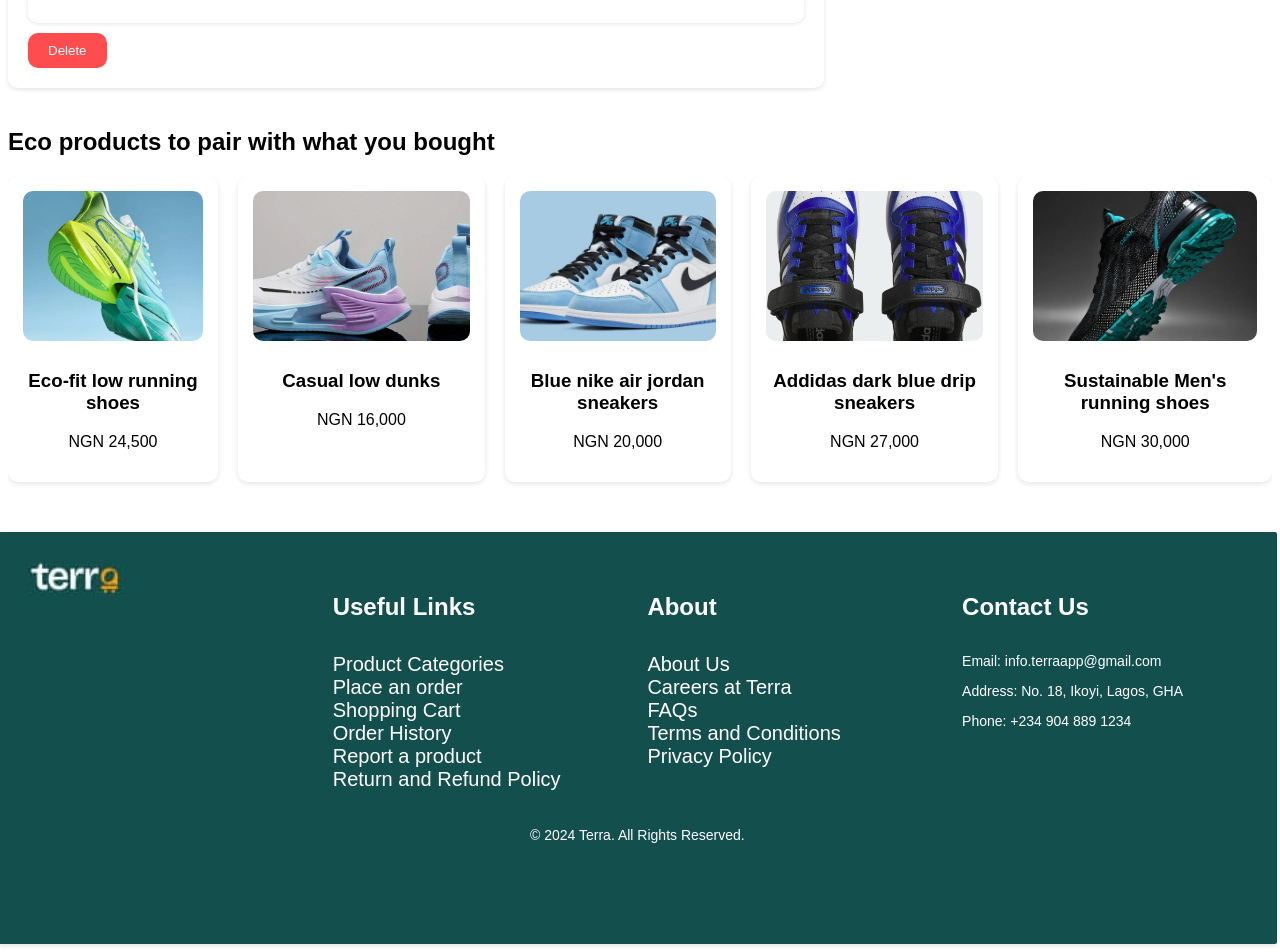
Repository: Femi007-gh/e-commerce
Page: index.html
These files come from the project's save history. The page is drawn as it stood at one moment and after a run of saves; the edit follows.
The browser window is 1280 px wide. The pictures show the part of the page from y = 1208 to 2160 px (the page is 2160 px tall).
A picture or video elsewhere on the page could not be fetched, so the positions and the page height are approximate.

Above is the page before, as saved 2025-04-29 12:27:18.

### index.html
<html>
    <head>
      <title>Shopping Cart Page</title>
      <link rel="stylesheet" href="style.css">
    </head>
  <body>
    <header>
    <div class="div1">
<div class="top-bar">
  <div class="left">
    <div class="dropdown">
      <button class="dropbtn">Help</button>
    </div>
    <div class="dropdown">
      <button class="dropbtn">English ▼</button>
      <div class="dropdown-content">
        <a href="#">English</a>
        <a href="#">Japanese</a>
        <a href="#">Korean</a>
      </div>
    </div>
  </div>
  <div class="right">
    <div class="dropdown">
      <button class="dropbtn">Nigeria ▼</button>
      <div class="dropdown-content">
        <a href="#">Nigeria</a>
        <a href="#">USA</a>
        <a href="#">China</a>
        </div>
      </div>
     </div>
   </div>
  </div>

<nav class="nav-bar">
  <div class="logo"><img src="terra.jpg" class="ter"></div>
  <div class="search-bar">
    <input type="text" placeholder="Search products, categories, and brands">
    <button>Search</button>
  </div>
  <div class="nav-icons">
    <img src="account.jpg"><a href="#">Account</a>
    <img src="category.jpg"><a href="#">Categories</a>
    <img src="cart.png" class="cat"><a href="#">Cart</a>
  </div>
</nav>


<main class="cart-page">
  <section class="cart-section">
    <h2>Cart items</h2>

    <div class="cart-items">
      <div class="cart-item">
        <input type="checkbox">
        <img src="glass.jpg" alt="Retro Chic Eye Sunglasses">
        <div class="item-details">
          <h3>2023 Retro Chic Eye Sunglasses</h3>
          <p class="price">NGN 2,500</p>
          <p class="stock in-stock">In Stock</p>
        </div>
        <div class="item-quantity">
          <button class="minus">-</button>
          <span>1</span>
          <button>+</button>
        </div>
      </div>
      </div>

      <div class="cart-item">
        <input type="checkbox">
        <img src="roll.jpg" alt="Ruby plated facial roller blade">
        <div class="item-details">
          <h3>Ruby plated facial roller blade</h3>
          <p class="price">NGN 6,000</p>
          <p class="stock low-stock">Only 5 left</p>
        </div>
        <div class="item-quantity">
          <button class="minus">-</button>
          <span>1</span>
          <button>+</button>
        </div>
      </div>

      <div class="cart-item">
        <input type="checkbox">
        <img src="bamboo.jpeg" alt="Bamboo made side pouch satchel">
        <div class="item-details">
          <h3>Bamboo made side pouch satchel</h3>
          <p class="price">NGN 25,500</p>
          <p class="stock in-stock">In Stock</p>
        </div>
        <div class="item-quantity">
          <button class="minus">-</button>
          <span>1</span>
          <button>+</button>
        </div>
      </div>

      <button class="delete-btn">Delete</button>
    </div>
  </section>




<aside class="cart-summary">
  <h2>Cart Total</h2>
  <p>Total items: 3 items</p>
  <p>Sub Total: NGN 1,000</p>
  <p class="total">Total: NGN 34,000</p>
  <button class="checkout-btn">Proceed to Checkout</button>
</aside>
</main>

<section class="recommendation-section">
  <h2>Eco products to pair with what you bought</h2>

  <div class="recommendations">
    <div class="product">
      <img src="low.jpg" alt="Eco-fit low running shoes">
      <h3>Eco-fit low running shoes</h3>
      <p>NGN 24,500</p>
    </div>
    <div class="product">
      <img src="girl.jpg" alt="Casual low dunks">
      <h3>Casual low dunks</h3>
      <p>NGN 16,000</p>
    </div>
    <div class="product">
      <img src="nike.jpg" alt="Black Love themed bamboo high tops">
      <h3>Blue nike air jordan sneakers</h3>
      <p>NGN 20,000</p>
    </div>
    <div class="product">
      <img src="adidas.jpg" alt="White Love themed bamboo high tops">
      <h3>Addidas dark blue drip sneakers</h3>
      <p>NGN 27,000</p>
    </div>
    <div class="product">
      <img src="men.jpg" alt="Sustainable Men's running shoes">
      <h3>Sustainable Men's running shoes</h3>
      <p>NGN 30,000</p>
    </div>
  </div>
</section>

<footer class="footer">
  <div class="footer-top">
    <div class="footer-logo"><img src="a.jpg"></div>
    <div class="footer-links">
      <h4>Useful Links</h4>
      <ul>
        <li><a href="#">Product Categories</a></li>
        <li><a href="#">Place an order</a></li>
        <li><a href="#">Shopping Cart</a></li>
        <li><a href="#">Order History</a></li>
        <li><a href="#">Report a product</a></li>
        <li><a href="#">Return and Refund Policy</a></li>
      </ul>
    </div>
    <div class="footer-about">
      <h4>About</h4>
      <ul>
        <li><a href="#">About Us</a></li>
        <li><a href="#">Careers at Terra</a></li>
        <li><a href="#">FAQs</a></li>
        <li><a href="#">Terms and Conditions</a></li>
        <li><a href="#">Privacy Policy</a></li>
      </ul>
    </div>
    <div class="footer-contact">
      <h4>Contact Us</h4>
      <p>Email: info.terraapp@gmail.com</p>
      <p>Address: No. 18, Ikoyi, Lagos, GHA</p>
      <p>Phone: +234 904 889 1234</p>
    </div>
  </div>

  <div class="footer-bottom">
    <p>&copy; 2024 Terra. All Rights Reserved.</p>
  </div>
</footer>
  </body>
</html>

### style.css
body{
  font-family: Arial;
}
.div1{
  background-color: #595959;
  width: 101%;
  height: 50px;
  margin-left: -10px;
  margin-top: -10px;
}
.top-bar {
  background-color:  #595959;
  color: white;
  padding: 10px 20px;
  display: flex;
  justify-content: space-between;
  font-size: 14px;
}

.top-bar .left, .top-bar .right {
  display: flex;
  align-items: center;
}

.dropdown {
  position: relative;
  margin-right: 20px;
}

.dropbtn {
  background: none;
  border: none;
  color: white;
  cursor: pointer;
  font-size: 14px;
}

.dropdown-content {
  display: none;
  position: absolute;
  background-color: white;
  color:  #595959;
  min-width: 100px;
  border-radius: 5px;
  box-shadow: 0px 8px 16px rgba(0,0,0,0.2);
  z-index: 1;
}

.dropdown-content a {
  padding: 8px 12px;
  display: block;
  text-decoration: none;
  color: black;
}

.dropdown-content a:hover {
  background-color: #f1f1f1;
}

.dropdown:hover .dropdown-content {
  display: block;
}

.nav-icons a {
  margin-left: 20px;
  text-decoration: none;
  color: #333;
  font-weight: 600;
}


/* Nav bar */
.nav-bar {
  display: flex;
  justify-content: space-between;
  align-items: center;
  background: white;
  padding: 15px 20px;
  margin-bottom: 20px;
  border-radius: 10px;
}

.nav-bar .logo {
  font-weight: 700;
  font-size: 24px;
}

.search-bar {
  flex: 1;
  margin: 0 20px;
  display: flex;
}

.search-bar input {
  flex: 1;
  padding: 8px 12px;
  border: 1px solid #ccc;
  border-right: none;
  border-radius: 10px 0 0 10px;
  height: 40px;
}

.search-bar button {
  padding: 8px 20px;
  background-color: orange;
  color: white;
  border: none;
  border-radius: 0 10px 10px 0;
  cursor: pointer;
}

.nav-icons a {
  margin-left: 20px;
  text-decoration: none;
  color: #333;
}



/* Cart summary */
.cart-summary {
  flex: 1;
  background: white;
  padding: 20px;
  border-radius: 10px;
  box-shadow: 0 2px 5px rgba(0,0,0,0.1);
  height: fit-content;
}

.cart-summary h2 {
  margin-bottom: 20px;
}

.cart-summary p {
  margin-bottom: 10px;
}

.cart-summary .total {
  font-weight: bold;
  font-size: 18px;
  margin: 20px 0;
}

.checkout-btn {
  background-color: orange;
  color: white;
  width: 100%;
  padding: 12px;
  border: none;
  border-radius: 10px;
  cursor: pointer;
  font-size: 16px;
}


/* Cart page */
.cart-page {
  display: flex;
  gap: 20px;
  margin-bottom: 40px;
}

.cart-section {
  flex: 2;
  background: white;
  padding: 20px;
  border-radius: 10px;
  box-shadow: 0 2px 5px rgba(0,0,0,0.1);
}

.cart-section h2 {
  margin-bottom: 20px;
}

.cart-items {
  display: flex;
  flex-direction: column;
  gap: 20px;
}

.cart-item {
  display: flex;
  align-items: center;
  gap: 20px;
  background: white;
  padding: 15px;
  border-radius: 10px;
  box-shadow: 0 1px 4px rgba(0,0,0,0.1);
}

.cart-item img {
  width: 80px;
  height: 80px;
  object-fit: cover;
  border-radius: 10px;
}

.item-details {
  flex: 1;
}

.item-details h3 {
  margin-bottom: 5px;
}

.item-details .price {
  font-weight: bold;
  margin-bottom: 5px;
}

.item-details .stock {
  font-size: 13px;
}

.stock.in-stock {
  color: green;
}

.stock.low-stock {
  color: orange;
}

.quantity-controls span {
  font-size: 18px;
}

.delete-btn {
  background: #ff4d4f;
  color: white;
  padding: 10px 20px;
  border: none;
  border-radius: 10px;
  cursor: pointer;
  margin-top: 10px;
}



.item-quantity {
  display: flex;
  align-items: center;
}

.item-quantity button {
  background-color: orange;
  border: none;
  padding: 10px 20px;
  margin: 0 0.5rem;
  border-radius: 10px;
}

.delete-cart {
  text-align: right;
  margin-top: 1rem;
}

.ter {
  height: 100px;
  width: 120px;
  margin-left: -30px;
}

/* Recommendation section */
.recommendation-section {
  margin-bottom: 40px;
}

.recommendation-section h2 {
  margin-bottom: 20px;
}

.recommendations {
  display: flex;
  gap: 20px;
  overflow-x: auto;
}

.product {
  background: white;
  padding: 15px;
  border-radius: 10px;
  box-shadow: 0 2px 5px rgba(0,0,0,0.1);
  min-width: 180px;
  text-align: center;
  margin-bottom: 10px;
}

.product img {
  width: 100%;
  height: 150px;
  object-fit: cover;
  margin-bottom: 10px;
  border-radius: 10px;
}

.cat {
  height: 30px;
}

/* Footer */
.footer {
  background: #134F4D;
  padding: 30px 20px;
  border-radius: 2px;
  box-shadow: 0 2px 5px rgba(0,0,0,0.1);
  width: 98%;
  margin-left: -10px;
  height: 50%;
}

.footer-top {
  display: flex;
  flex-wrap: wrap;
  gap: 20px;
  margin-bottom: 20px;
}

.footer-logo {
  flex: 1;
  font-weight: 700;
  font-size: 24px;
}

.footer-links, .footer-about, .footer-contact {
  flex: 1;
  min-width: 200px;
}

.footer-links ul, .footer-about ul {
  list-style: none;
  margin-top: 10px;
}

.footer-links a, .footer-about a {
  text-decoration: none;
  color: white;
  font-size: 14px;
  font-size: 20px;
  margin-left: -40px;
}

.footer-contact p {
  margin-top: 10px;
  font-size: 14px;
  color: white;

}

.footer-bottom {
  text-align: center;
  font-size: 14px;
  color: white;
  margin-top: 10px;
}

h4 {
  color: white;
  font-size: 24px;
}

After the next 3 saves:
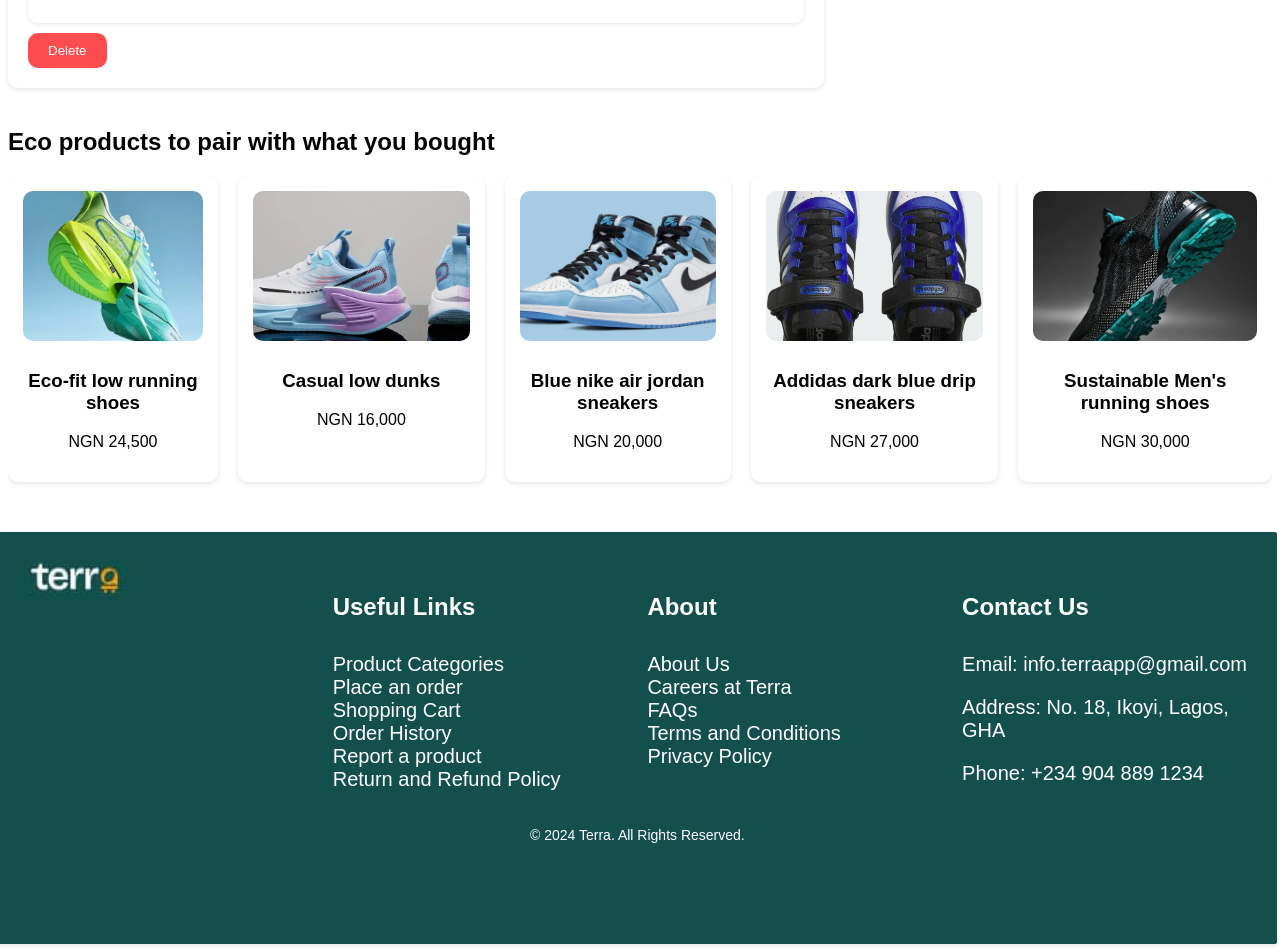
The 3 saves are shown as one change because they came seconds apart.
The last was saved 12 s later.
--- a/style.css
+++ b/style.css
@@ -341,9 +341,8 @@
 
 .footer-contact p {
   margin-top: 10px;
-  font-size: 14px;
-  color: white;
-
+  font-size: 20px;
+  color: white;
 }
 
 .footer-bottom {
